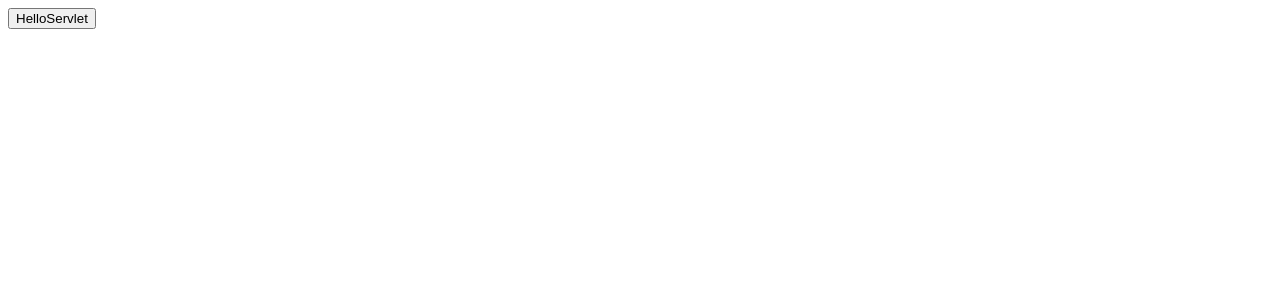
Repository: omochi2213/test
Page: http://localhost/HelloServlet/
These files come from the project's save history. The page is drawn as it stood at one moment and after the next save; the edit follows.
The browser window is 1280 px wide. The pictures show the whole page.
The page is served by Tomcat 9. Other server files are loaded and not shown.

Above is the page before, as saved 2018-08-23 06:57:33.

### HelloServlet/WebContent/index.jsp
<%@ page language="java" contentType="text/html; charset=UTF-8"
    pageEncoding="UTF-8"%>
<!DOCTYPE html>
<html>
<head>
<meta charset="UTF-8">
<title>Hello Servlet</title>
</head>
<body>
	<input type="button"value="HelloServlet" onClick="location.href='HelloServlet'">
</body>
</html>

After the next save:
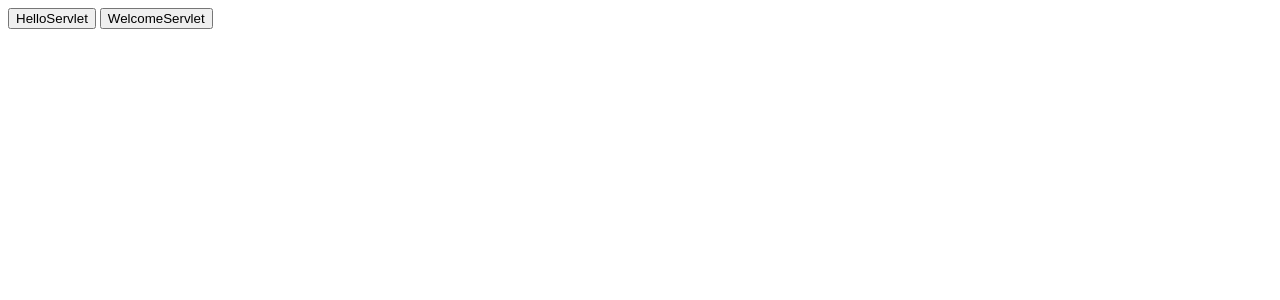
Saved 4 min 56 s later.
--- a/HelloServlet/WebContent/index.jsp
+++ b/HelloServlet/WebContent/index.jsp
@@ -8,5 +8,6 @@
 </head>
 <body>
 	<input type="button"value="HelloServlet" onClick="location.href='HelloServlet'">
+	<input type="button"value="WelcomeServlet"ocClick="location.href='welcome.jsp'">
 </body>
 </html>
